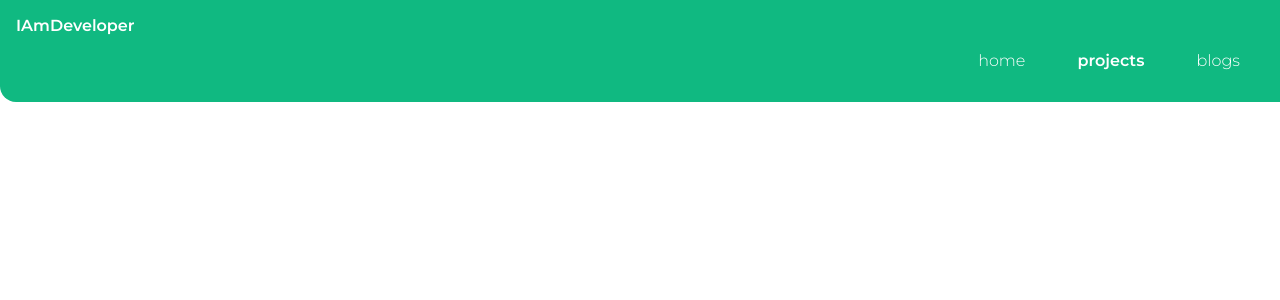
Repository: sohan2503001/Portfolio
Page: projects.html
An editor plug-in stored every save of this project. The page is shown before and after the next save, followed by the edit.
The browser window is 1280 px wide. The pictures show the whole page.

Above is the page before, as saved 2021-03-27 19:25:49.

After the next save:
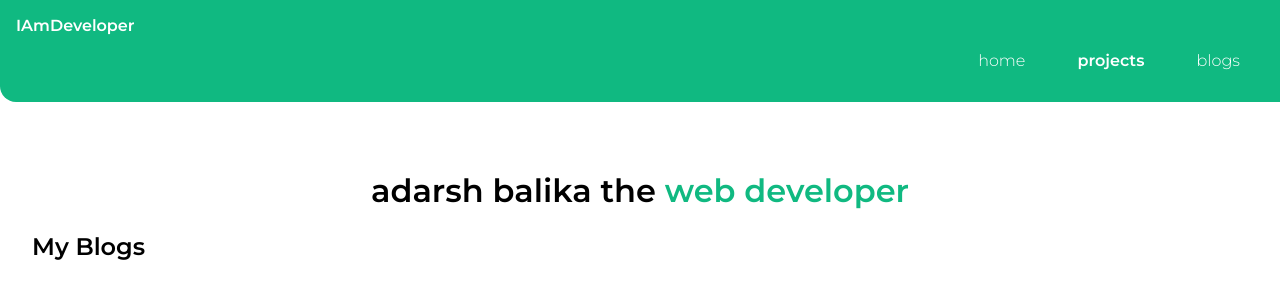
Saved 28 s later.
--- a/projects.html
+++ b/projects.html
@@ -22,7 +22,10 @@
         </ul>
       </nav>
 
-
+      <header class="hero">
+        <h1 class="hero-heading">adarsh balika the <span class="heading-inverted"> web developer</span></h1>
+        <h2>My Blogs</h2>
+    </header>
 
 </body>
 </html>
